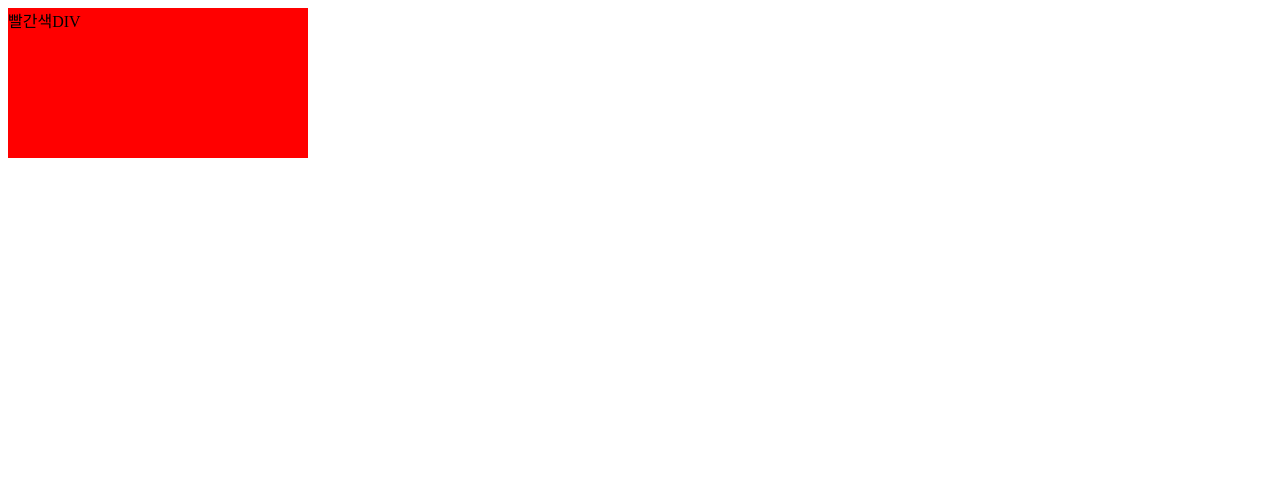
Repository: dron512/jspsogo
Page: http://localhost/ex0316/d.jsp
The author's editor kept a copy of each file at every save. The page is drawn from the files as they stood at one save, then again after the next save.
The browser window is 1280 px wide. The pictures show the whole page.
The page is served by Tomcat 9.

Above is the page before, as saved 2022-03-16 07:00:46.

After the next save:
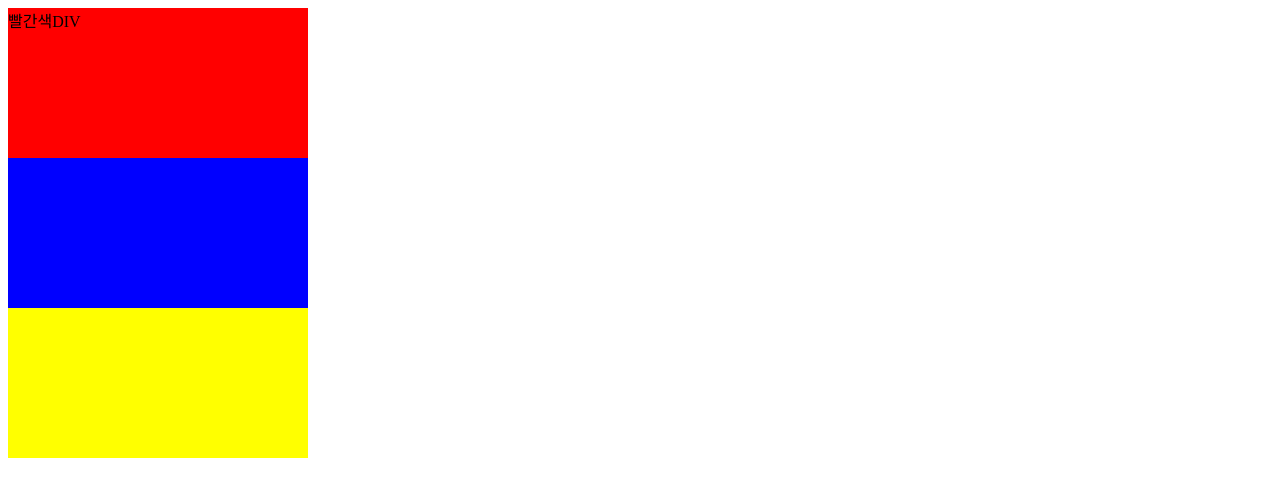
Saved 42 s later.
--- a/jsp_work2-1/ex0316/src/main/webapp/d.jsp
+++ b/jsp_work2-1/ex0316/src/main/webapp/d.jsp
@@ -7,6 +7,8 @@
 <style type="text/css">
 	div{ width: 300px; height: 150px; }
 	#adiv{ background-color: red; }
+	#bdiv{ background-color: blue; }
+	#cdiv{ background-color: yellow; }
 
 </style>
 </head>
